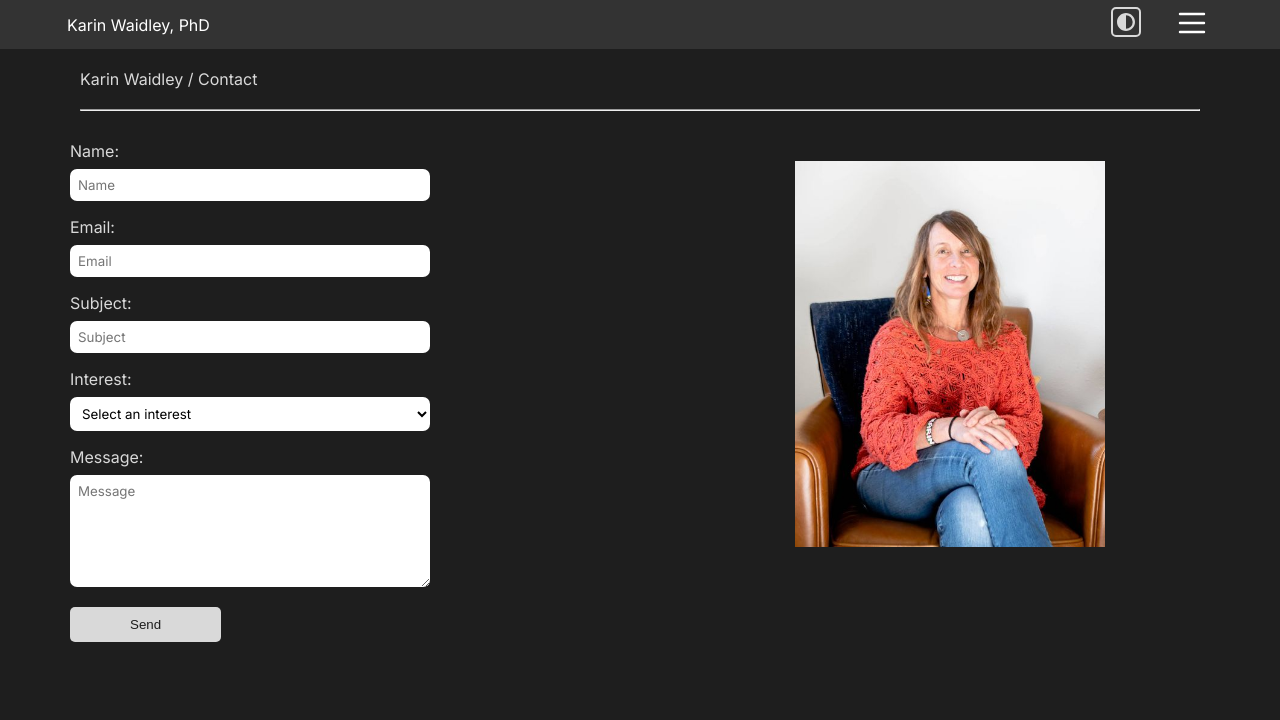
Repository: Ceasor7/Karin
Page: contact.html
The author's editor kept a copy of each file at every save. The page is drawn from the files as they stood at one save, then again after the next save.
The browser window is 1280 px wide. The pictures show the whole page.

Above is the page before, as saved 2023-12-15 21:20:05.

After the next save:
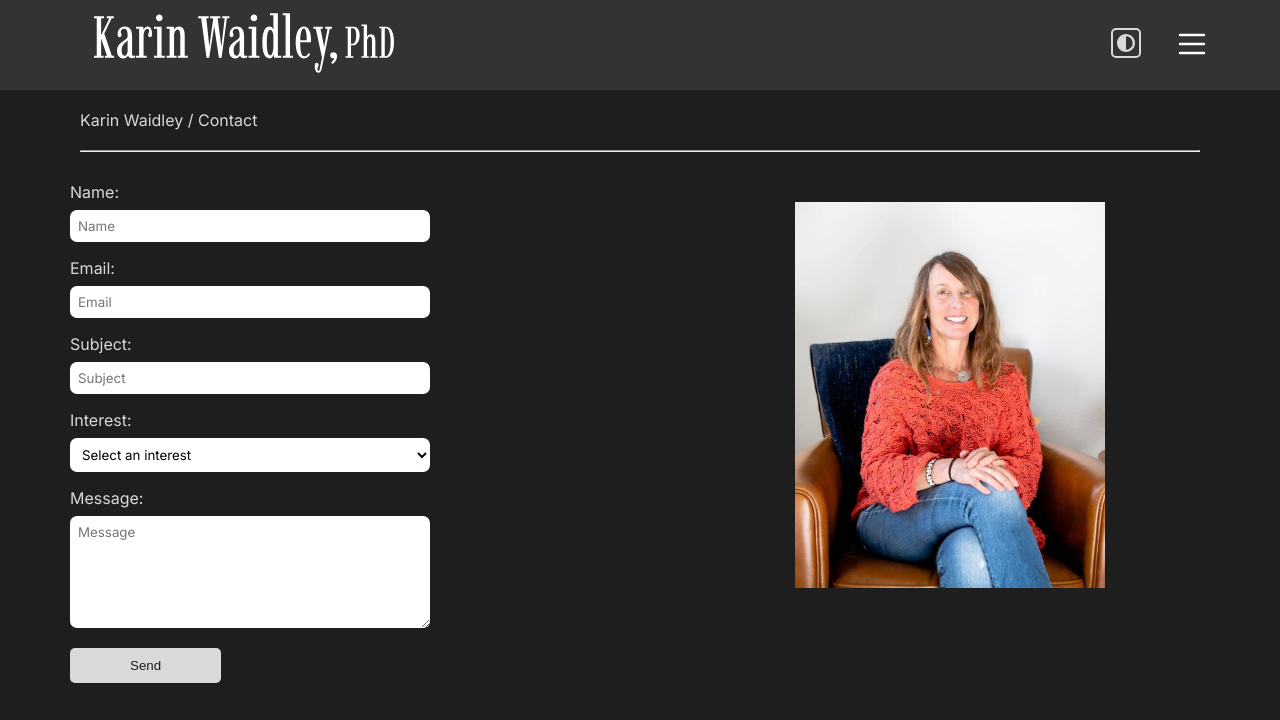
Saved 40 s later.
--- a/contact.html
+++ b/contact.html
@@ -232,7 +232,9 @@
     </div>
     <header>
         <div class="navbar">
-            <div class="navbar-logo">Karin Waidley, PhD</div>
+            <div class="navbar-logo">
+                <img src="images/Karin.svg">
+            </div>
             <div class="navbar-icons">
                 <button id="dark-mode-toggle" class="dark-mode-toggle">
                     <svg width="100%" xmlns="http://www.w3.org/2000/svg" viewBox="0 0 496 496">
